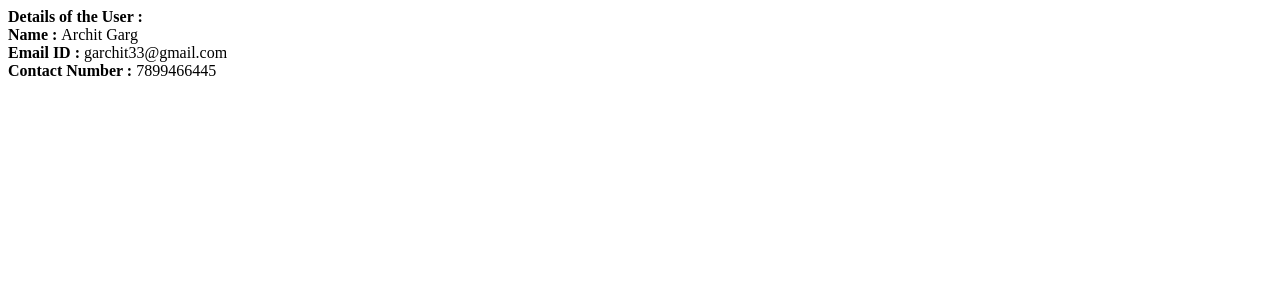
Repository: garchit33/Workpace
Page: http://localhost/ServletPage/TestContext
These files come from the project's save history. The page is drawn as it stood at one moment and after the next save; the edit follows.
The browser window is 1280 px wide. The pictures show the whole page.
The page is served by Tomcat 9.

Above is the page before, as saved 2019-09-04 10:57:51.

After the next save:
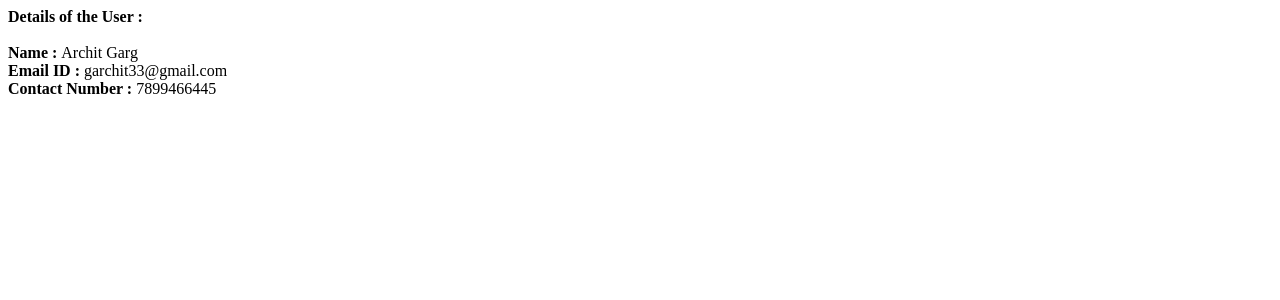
Saved 63 s later.
--- a/workspace JUnit/ServletPage/src/servletpage/TestContext.java
+++ b/workspace JUnit/ServletPage/src/servletpage/TestContext.java
@@ -24,6 +24,7 @@ public class TestContext extends HttpServlet {
 		PrintWriter out = response.getWriter();
 		out.println("<b>Details of the User :</b><br>");
 		ServletContext scn = getServletContext() ;
+		out.println("<br>");
 		Enumeration<String> e=scn.getInitParameterNames();
 		out.println("<b>Name : </b>"+scn.getInitParameter("username")+"<br>");
 		out.println("<b>Email ID : </b>"+scn.getInitParameter("email")+"<br>");
